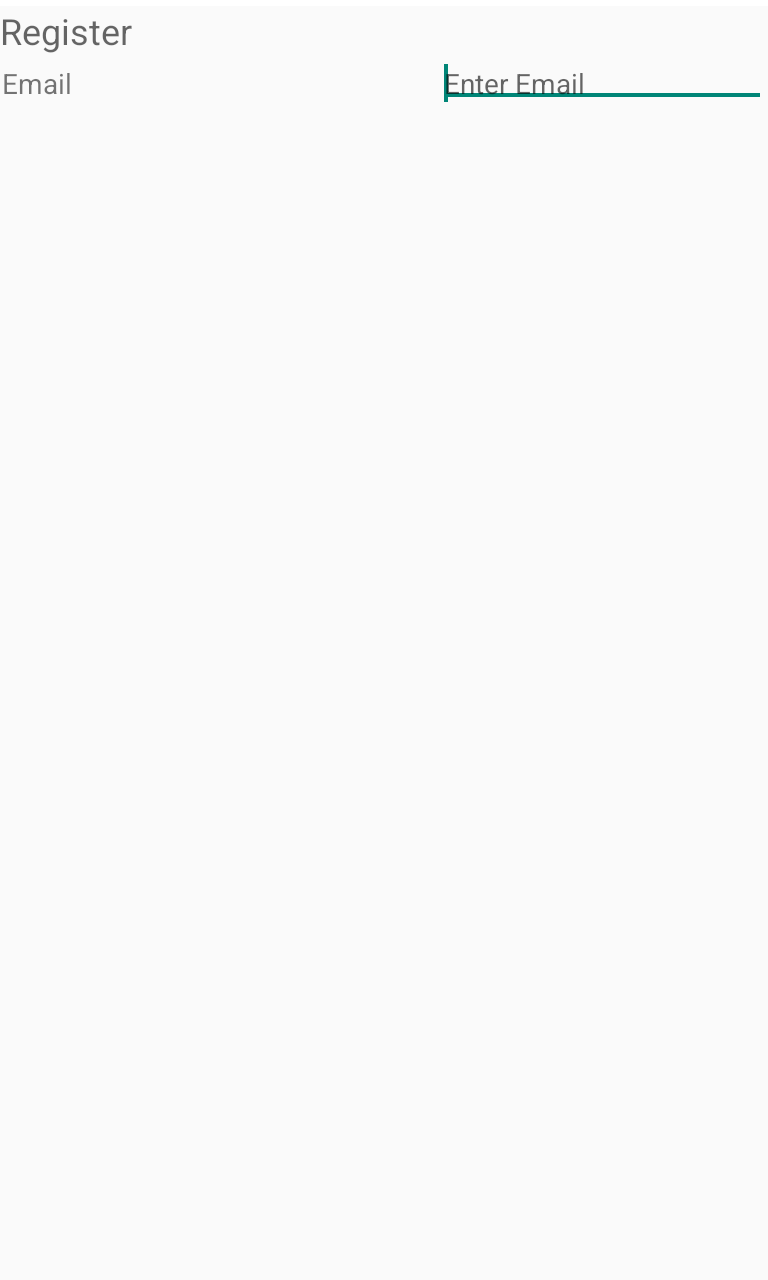
Repository: lMayuraDevani/BrentBrown
Layout: BrentBrown/res/layout/register.xml
The author's editor kept a copy of each file at every save. The layout is drawn from the files as they stood at one save, then again after the next save.
It is drawn on a 768 x 1280 px phone screen (xhdpi) without system bars, with theme AppTheme; the app's code is not run.

Above is the layout before, as saved 2014-11-12 09:18:31.

After the next save:
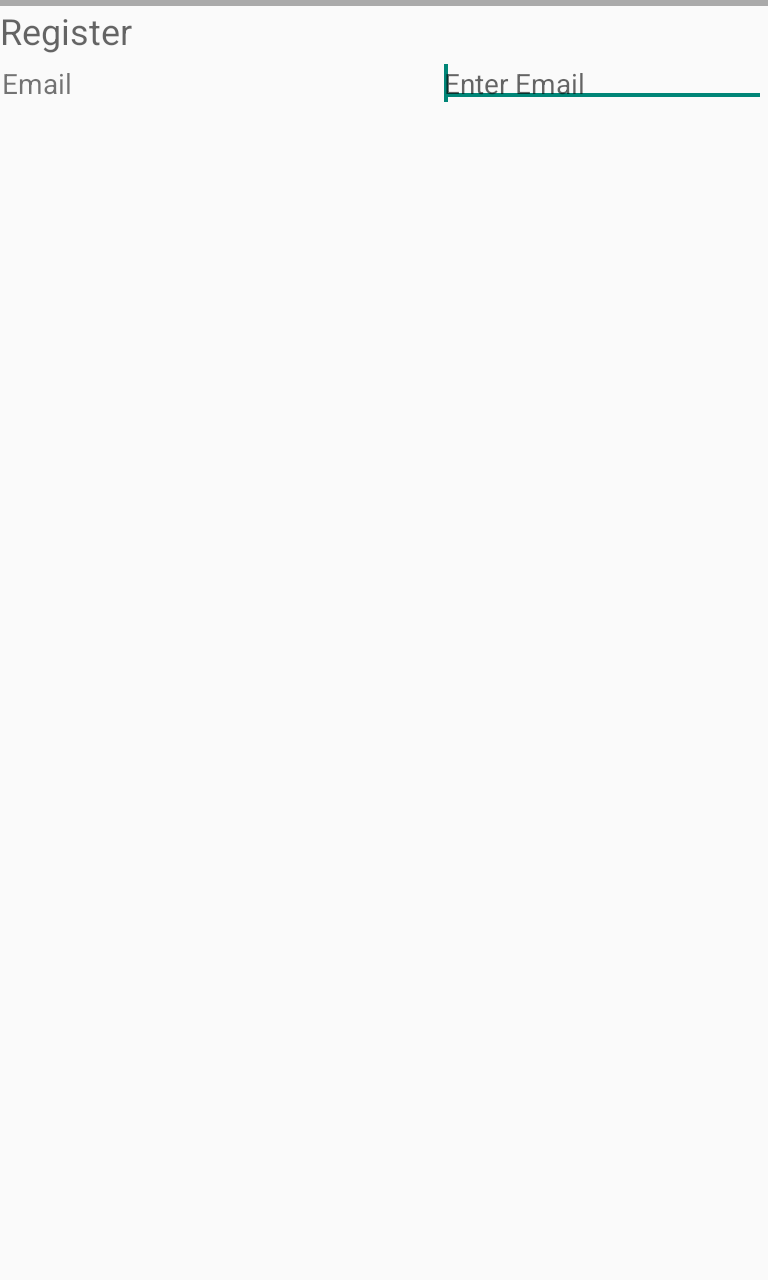
Saved 11 s later.
--- a/BrentBrown/res/layout/register.xml
+++ b/BrentBrown/res/layout/register.xml
@@ -8,7 +8,7 @@
     <View
 	   android:layout_width="fill_parent"
 	   android:layout_height="3dp"
-	   android:background="@android:color/white" />
+	   android:background="@android:color/darker_gray" />
 
     <TextView
         android:id="@+id/textView1"
